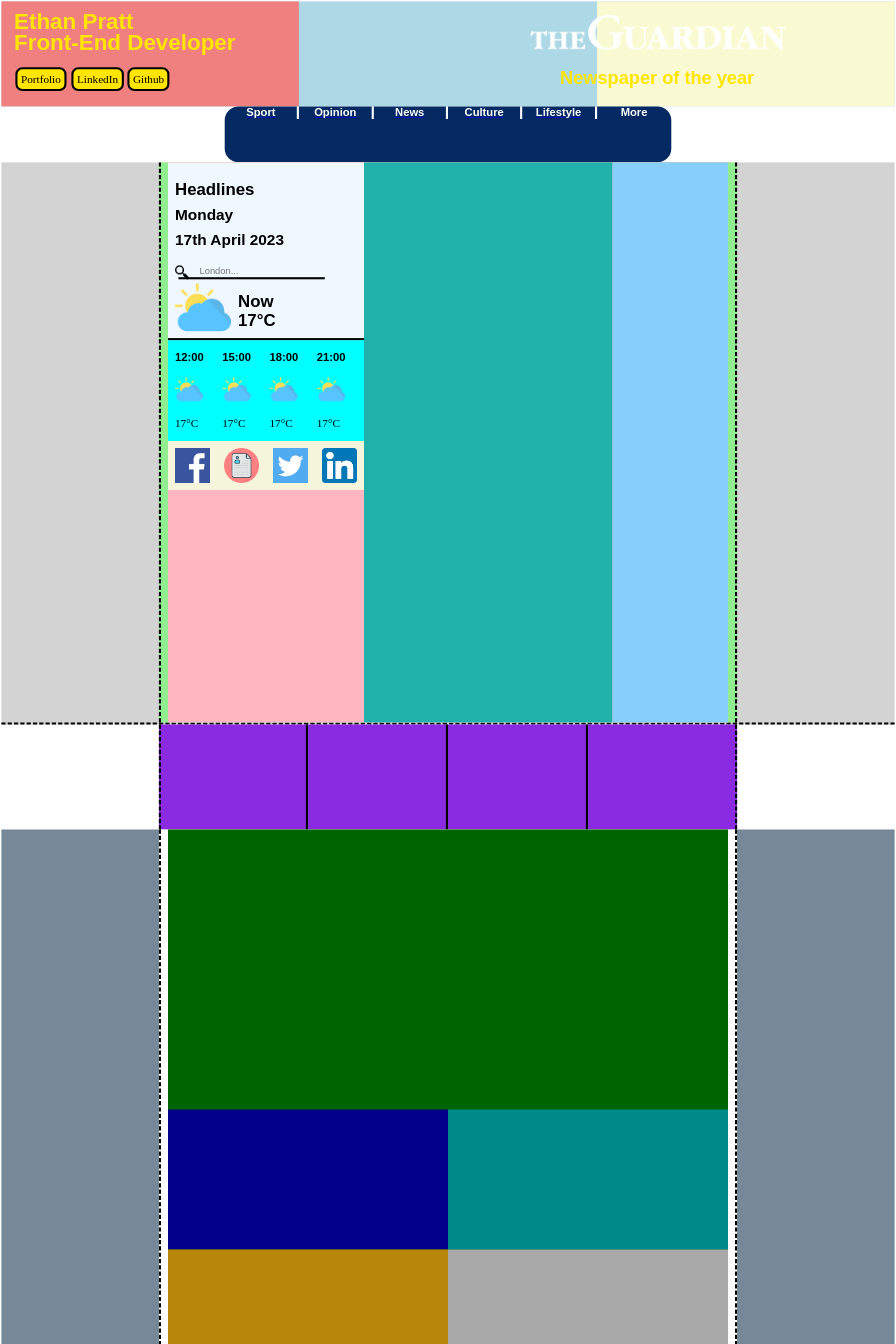
Repository: ghend99/News-Media
Page: index.html
An editor plug-in stored every save of this project. The page is shown before and after the next save, followed by the edit.
The browser window is 1280 px wide. The pictures show the part of the page from y = 0 to 1920 px (the page is 4065 px tall), at 70% of full size.
Some web fonts or font styles are not loaded; a fallback is used.

Above is the page before, as saved 2023-05-07 15:43:19.

After the next save:
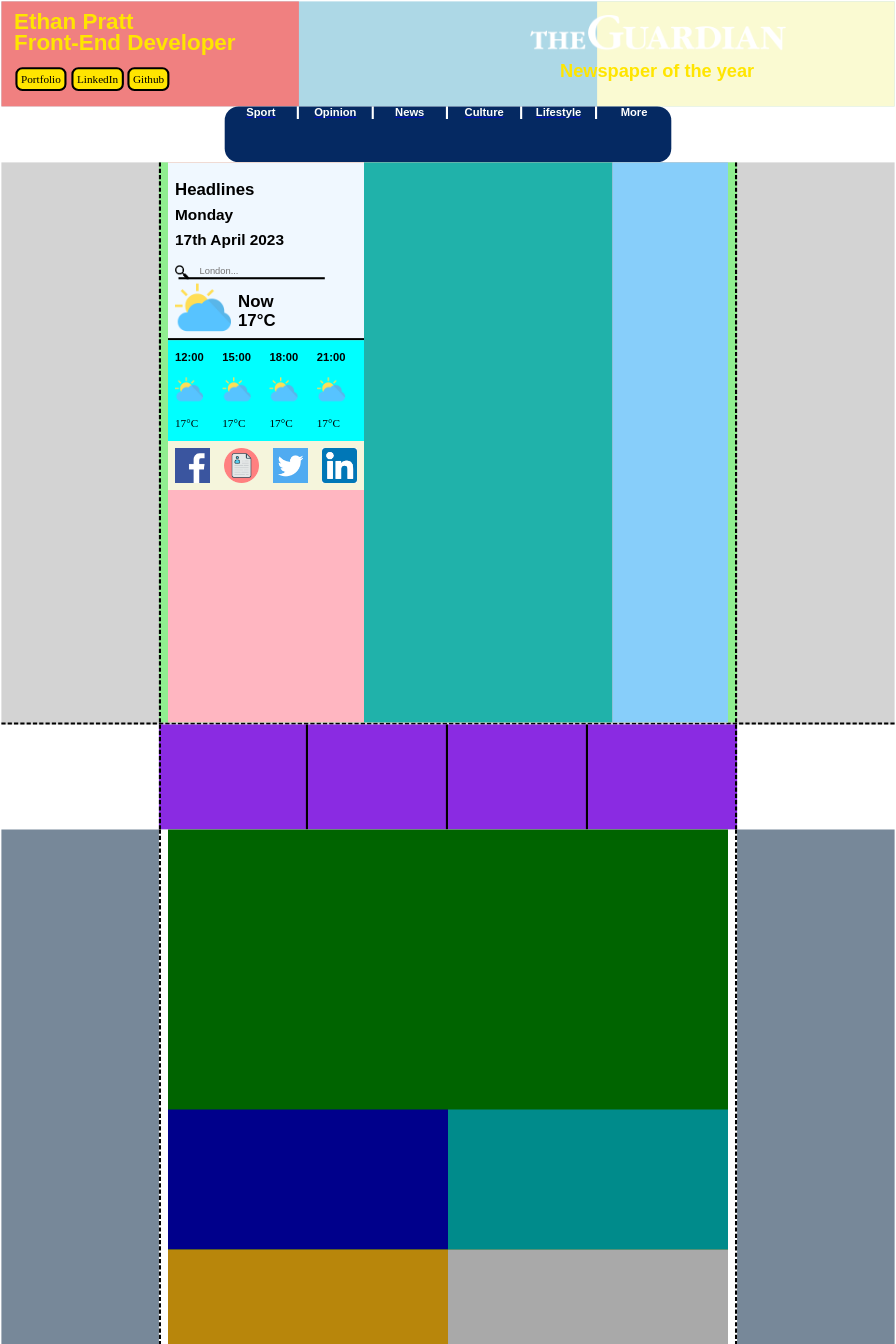
Saved 4 s later.
--- a/style.css
+++ b/style.css
@@ -81,7 +81,7 @@
   width: 400px;
   margin-left: 50px;
   right: 80px;
-  top: 70px;
+  top: 60px;
   font-size: 26px;
   color: #ffe500;
 }
